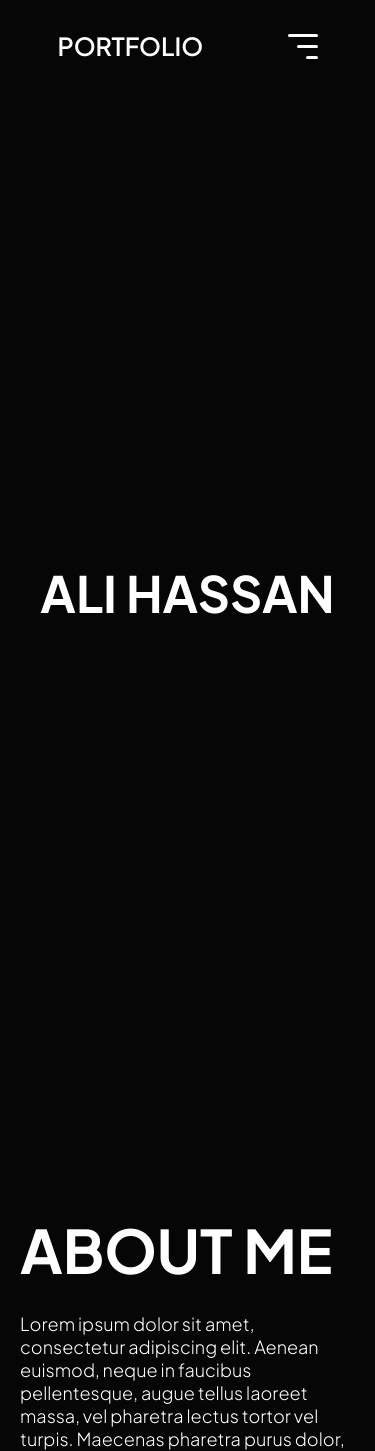
Repository: AliHassan02-Dev/PORTFOLIO
Page: / (app in Front-end/)
These files come from the project's save history. The page is drawn as it stood at one moment and after the next save; the edit follows.
The browser window is 375 px wide. The pictures show the part of the page from y = 0 to 1451 px (the page is 4686 px tall before and 4662 px after).
Pictures or frames that could not be fetched are drawn as grey boxes. The project was rebuilt for these pictures with package versions that can differ from the ones it lists, and the page was loaded fresh each time. Also part of the build but not shown: Front-end/vite.config.js, Front-end/src/Pages/Projects.jsx, Front-end/src/Pages/AllProjects.jsx, Front-end/src/Components/ProjectPreview.jsx.

Above is the page before, as saved 2024-08-24 07:31:22.

After the next save:
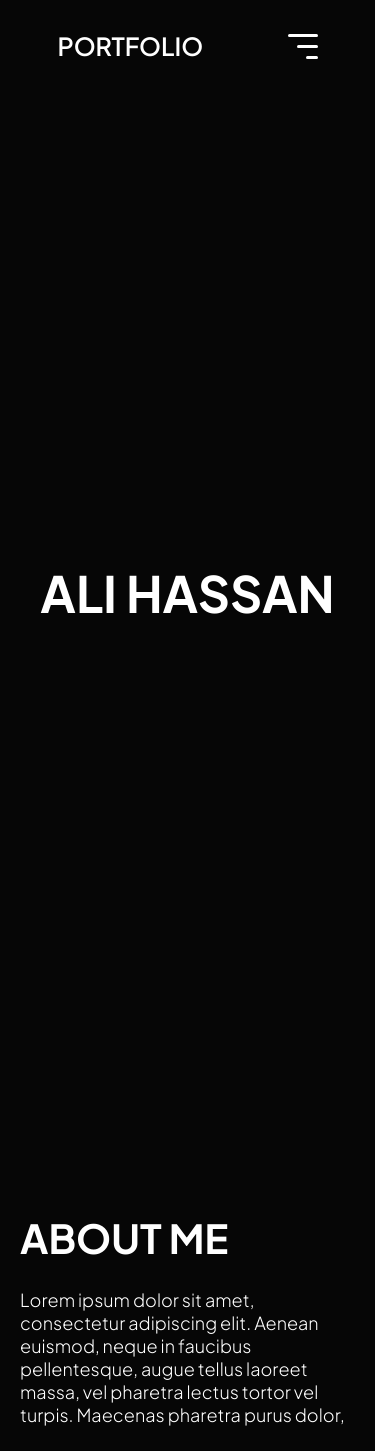
Saved 17 s later.
--- a/Front-end/src/App.css
+++ b/Front-end/src/App.css
@@ -353,18 +353,11 @@ body {
 
 @media (max-width: 568px) {
   .mainWrapper .aboutContainer {
-    width: 100%;
-    height: 100%;
-    display: flex;
-    flex-direction: column;
-    justify-content: center;
-    align-items: center;
-    margin: 100px auto;
     padding: 20px;
   }
 
   .mainWrapper .aboutContainer .left h2 {
-    font-size: 60px;
+    font-size: 40px;
   }
 
   .mainWrapper .aboutContainer .left p {
